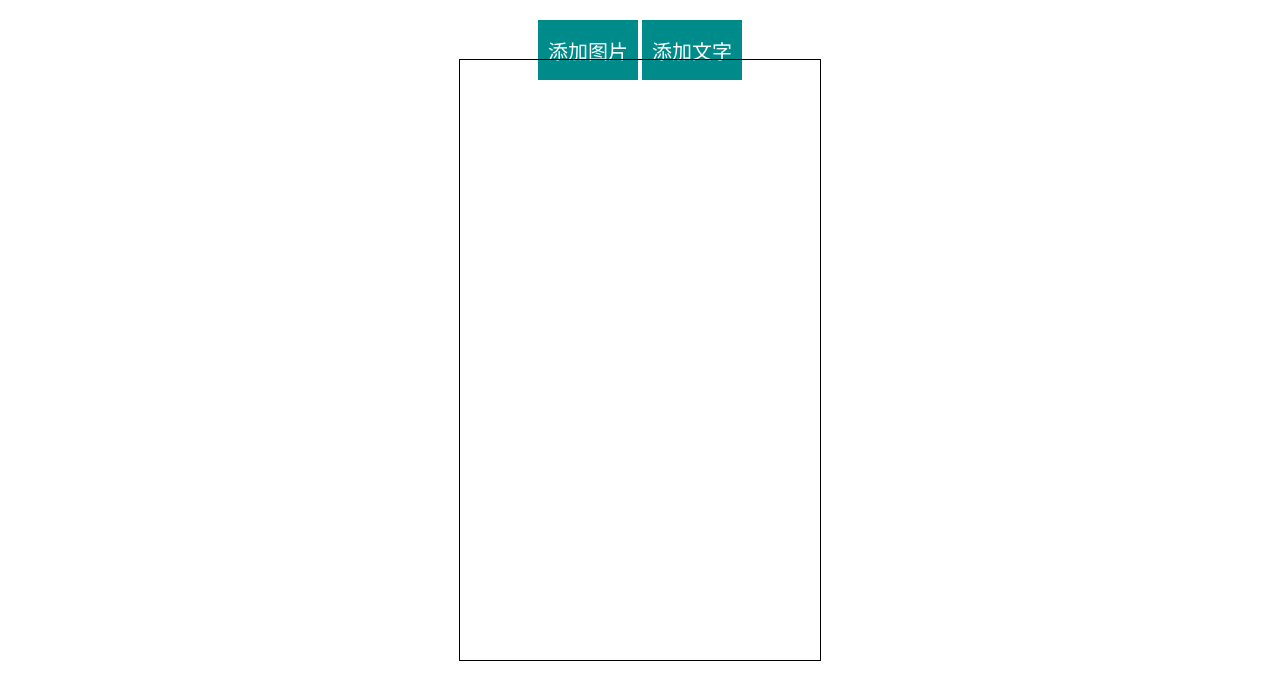
Repository: Xekin-FE/canvas-image-editor
Page: index.html
An editor plug-in stored every save of this project. The page is shown before and after a run of saves, followed by the edit.
The browser window is 1280 px wide. The pictures show the whole page.

Above is the page before, as saved 2018-12-14 15:42:14.

### index.html
<!DOCTYPE html>
<html lang="en">
<head>
    <meta charset="UTF-8">
    <meta name="viewport" content="width=device-width, initial-scale=1.0">
    <meta http-equiv="X-UA-Compatible" content="ie=edge">
    <title>小程序</title>
</head>
<link rel="stylesheet" href="./static/css/main.css">
<body>
    <div id="app">
        <canvas id="main" height="600" width="360"></canvas>
        <div class="components">
            <button onclick="addImage();">添加图片</button>
            <button onclick="addText();">添加文字</button>
        </div>
    </div>
    <script src="canvas.min.js"></script>
    <script>
        let can = document.getElementById('main');
        let ctx = can.getContext('2d');
        const addImage = () => {
            let img = new Image();
            img.src = './static/image/test1.jpg';
            img.onload = () => {
                let realwidth = can.width;
                let realheight = img.height * can.width / img.width;
                ctx.drawImage(img, 0, 0, realwidth, realheight)
                ctx.save();
            }
            console.log('addImage')
        };
        const addText = () => {
            let text = '点击编辑文字'
            ctx.font = '20px Arial';
            ctx.textBaseline = 'middle'
            ctx.textAlign = 'center'
            let tw = ctx.measureText(text).width;
            let ftop =3*can.height/4 -5;
            let fleft = can.width/2;
            ctx.rect(fleft-tw/2, ftop- 10, tw+20, 30);
            ctx.fillStyle= "#fff";
            ctx.strokeStyle='#fff';
            ctx.strokeText(text, fleft, ftop);
            console.log('addText')
        };
    </script>
</body>
</html>
<!-- var c = document.getElementById("myCanvas");
c.width=img.width;
c.height=img.height;
var cxt = c.getContext("2d");
cxt.fillStyle = "rgba(255, 255, 255, 0)";
cxt.fillRect(0, 0, c.width, c.height);
cxt.drawImage(img,0,0);
cxt.save();
cxt.font = fsz+"px Arial";
cxt.textBaseline = 'middle';//更改字号后，必须重置对齐方式，否则居中麻烦。设置文本的垂直对齐方式
cxt.textAlign = 'center';
var tw = cxt.measureText(text).width;
var ftop = 2 * c.height/3-5;
var fleft = c.width/2;
cxt.fillStyle="#ff0000";
cxt.fillRect(fleft-tw/2,ftop-fsz/2,tw,fsz);//矩形在画布居中方式
cxt.fillStyle="#ffffff";
cxt.fillText(text,fleft,ftop);//文本元素在画布居中方式
cxt.strokeStyle = 'white';
cxt.strokeText(text,fleft,ftop);//文字边框 -->

### static/css/main.css
*{
    padding: 0;
    margin: 0;
}
html,body{
    height: 100%;
}
#app{
    width: 100vw;
    height: 100%;
    position: relative;
}
#app #main{
    border: 1px solid #000;
    position: absolute;
    top: 50%;left: 50%;
    transform: translate(-50%,-50%);
}
#app .components{
    text-align: center;
    padding: 20px;
}
#app .components button{
    width: 100px;
    height: 60px;
    font-size: 20px;
    background: darkcyan;
    color: #fff;
    border: 0;
    outline: none;
}

### canvas.min.js
class Base {
    constructor(opt){
        this.x = opt.x
        this.y = opt.y
        this.zIndex = opt.zIndex //图层
        this.rotate = opt.rotate
        this.opacity = 1
    }
    dragUpdate(start, end){
    // 位置更新
    }
    scaleUpdate(start, end){
    // 缩放更新
    // 角度处理
    // 放大处理
    }
    opacityUpdate(value){
        this.opacity = value
    }
};

class Text extends Base{
    constructor(opt){
        super(opt)
        this.content = '点击编辑文字'
        this.fontSize = '20px'
        this.fontWeight = '400'
        this.fontColor = '#fff'
        this.fontFamily = 'Microsoft Yahei'
        this.isFillBg = false
    }
    initUpdate(){

    }
    update(property, value){
        //一次操作只能更改一种属性
        this[property] = value
    }
};

class Canvas {
    constructor(){
        this.author = 'Xekin'
    }
    createText(){
        console.log('createText')
        var a = new Text()
        a.initUpdate()
    }
    createImage(){
        console.log('createImage')
        var b = new Image()
        b.initUpdate()
    }
};

After the next 3 saves:
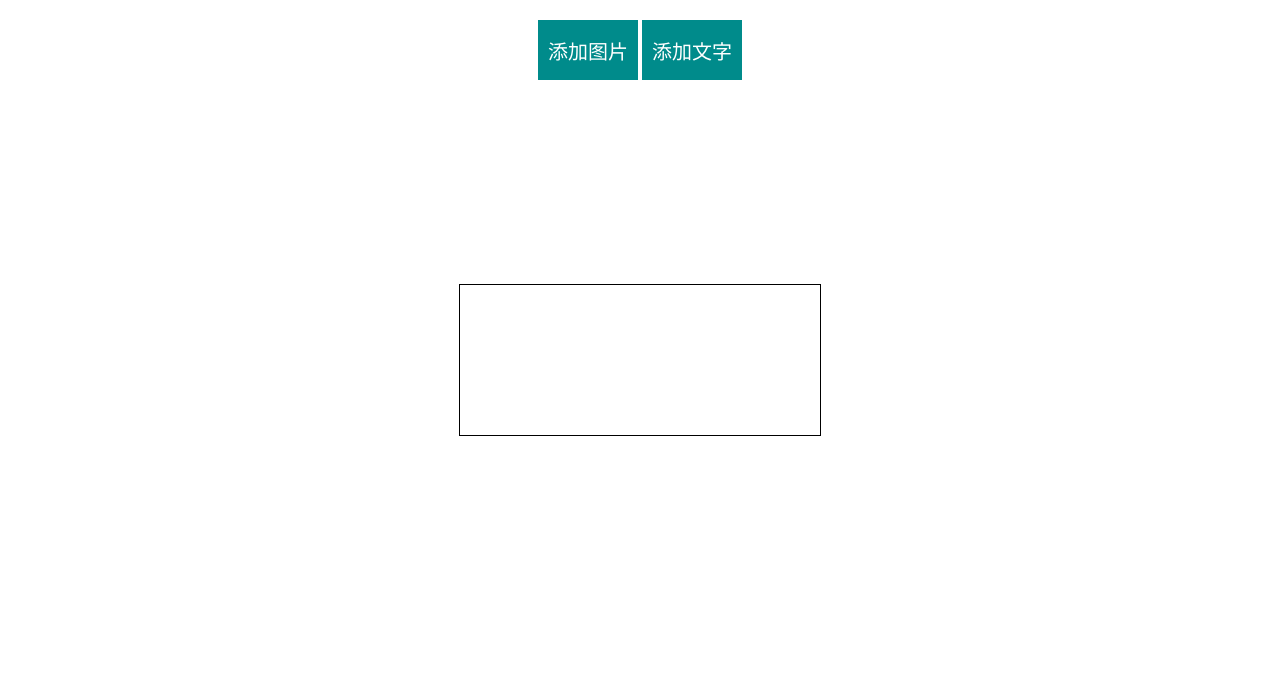
The 3 saves are shown as one change because they came seconds apart.
The last was saved 72 s later.
--- a/index.html
+++ b/index.html
@@ -9,7 +9,7 @@
 <link rel="stylesheet" href="./static/css/main.css">
 <body>
     <div id="app">
-        <canvas id="main" height="600" width="360"></canvas>
+        <canvas id="main" width="360"></canvas>
         <div class="components">
             <button onclick="addImage();">添加图片</button>
             <button onclick="addText();">添加文字</button>
@@ -25,7 +25,8 @@
             img.onload = () => {
                 let realwidth = can.width;
                 let realheight = img.height * can.width / img.width;
-                ctx.drawImage(img, 0, 0, realwidth, realheight)
+                can.height = realheight;
+                ctx.drawImage(img, 0, 0, realwidth, realheight);
                 ctx.save();
             }
             console.log('addImage')
